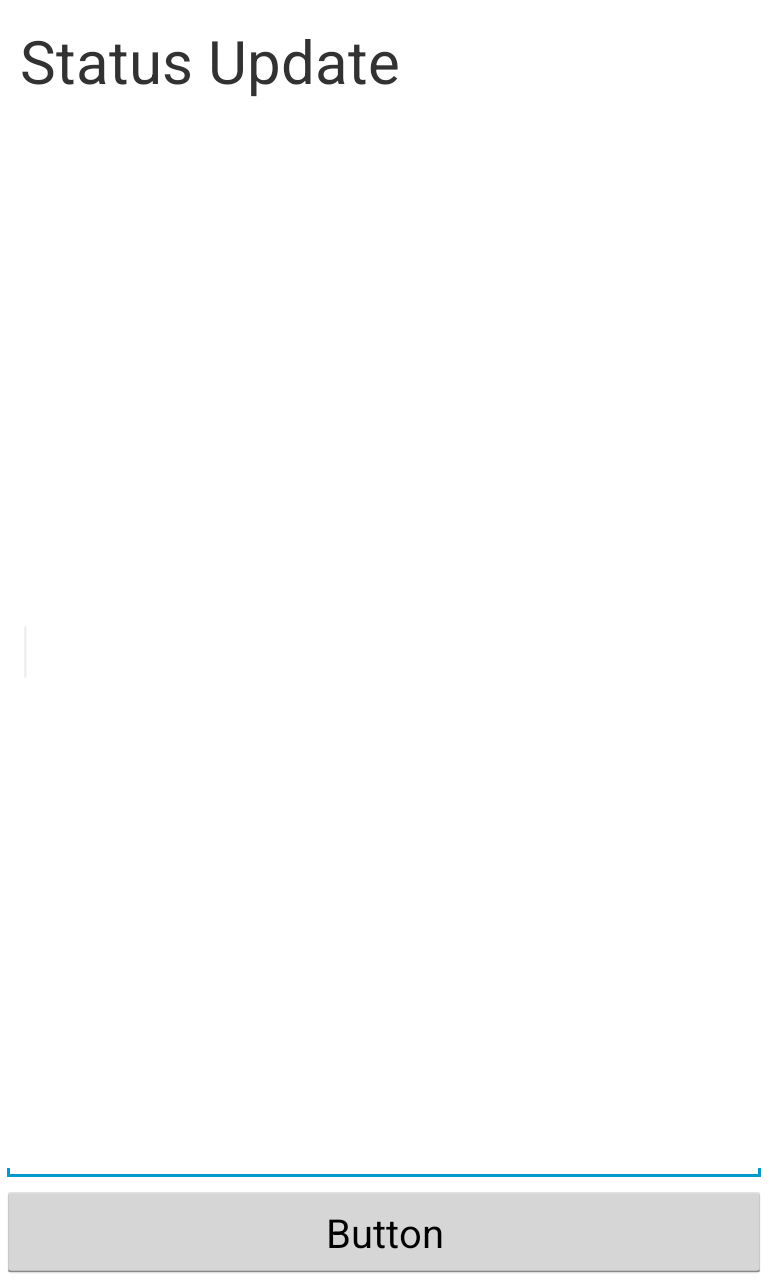
Repository: wkliang/android
Layout: Yamba/res/layout/activity_status.xml
These files come from the project's save history. The layout is drawn as it stood at one moment and after the next save; the edit follows.
It is drawn on a 768 x 1280 px phone screen (xhdpi) without system bars, with theme AppTheme; the app's code is not run.

Above is the layout before, as saved 2012-11-23 17:58:30.

### Yamba/res/layout/activity_status.xml

<LinearLayout xmlns:android="http://schemas.android.com/apk/res/android"
    android:layout_width="fill_parent"
    android:layout_height="fill_parent"
    android:orientation="vertical" >

    <TextView
        android:id="@+id/textView1"
        android:layout_width="fill_parent"
        android:layout_height="wrap_content"
        android:layout_gravity="center"
        android:layout_margin="10dp"
        android:text="@string/titleStatus"
        android:textSize="30sp" />

    <EditText
        android:id="@+id/editText1"
        android:layout_width="fill_parent"
        android:layout_height="fill_parent"
        android:layout_gravity="top|center_horizontal"
        android:layout_weight="1" >

        <requestFocus />
    </EditText>

    <Button
        android:id="@+id/button1"
        android:layout_width="fill_parent"
        android:layout_height="wrap_content"
        android:text="Button"
        android:textSize="20sp" />

</LinearLayout>

### Yamba/res/values/strings.xml
<?xml version="1.0" encoding="utf-8"?>
<resources>

    <string name="app_name">Yamba</string>
    <string name="menu_settings">Settings</string>
    <string name="titleStatus">Status Update</string>
    <string name="buttonUpdate">Update</string>

</resources>

Loaded but not shown: Yamba/res/values/styles.xml (common file); Yamba/res/values-v11/styles.xml (common file); Yamba/res/values-v14/styles.xml (common file)

After the next save:
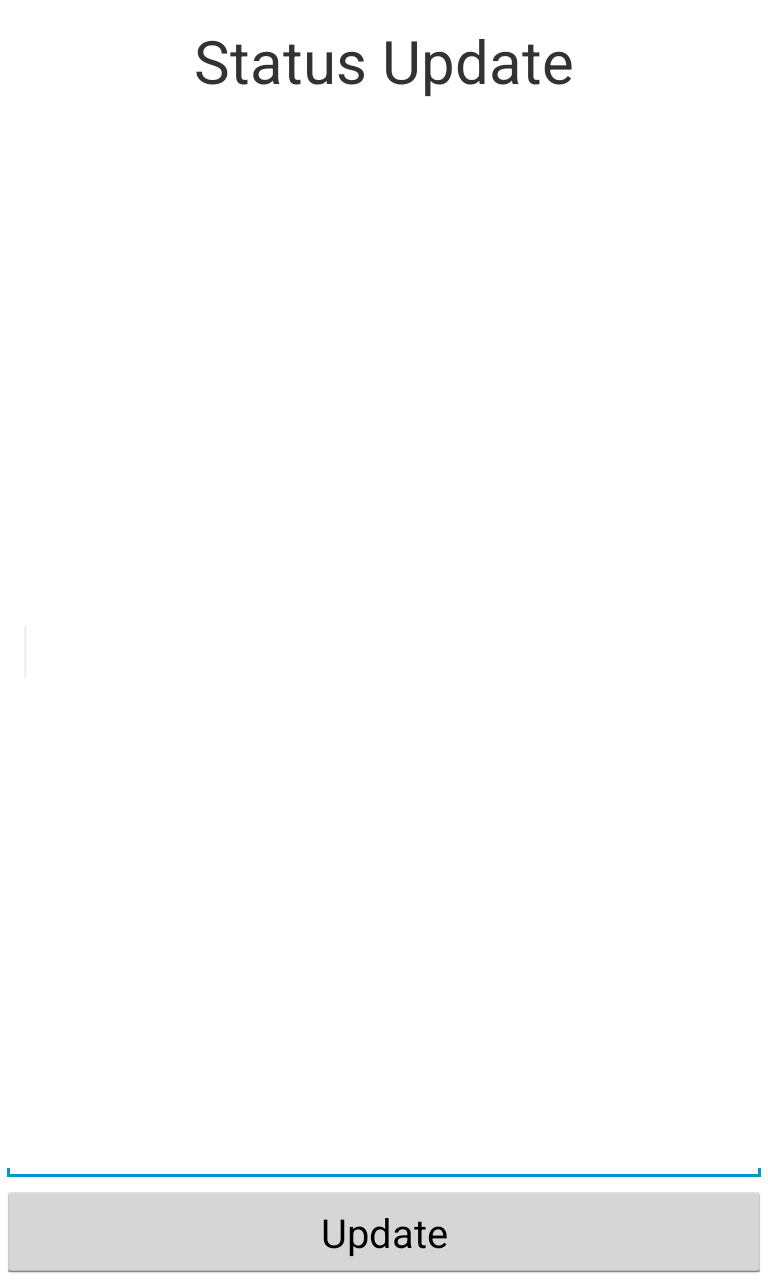
Saved 6 s later.
--- a/Yamba/res/layout/activity_status.xml
+++ b/Yamba/res/layout/activity_status.xml
@@ -8,8 +8,8 @@
         android:id="@+id/textView1"
         android:layout_width="fill_parent"
         android:layout_height="wrap_content"
-        android:layout_gravity="center"
         android:layout_margin="10dp"
+        android:gravity="center"
         android:text="@string/titleStatus"
         android:textSize="30sp" />
 
@@ -27,7 +27,7 @@
         android:id="@+id/button1"
         android:layout_width="fill_parent"
         android:layout_height="wrap_content"
-        android:text="Button"
+        android:text="@string/buttonUpdate"
         android:textSize="20sp" />
 
 </LinearLayout>
